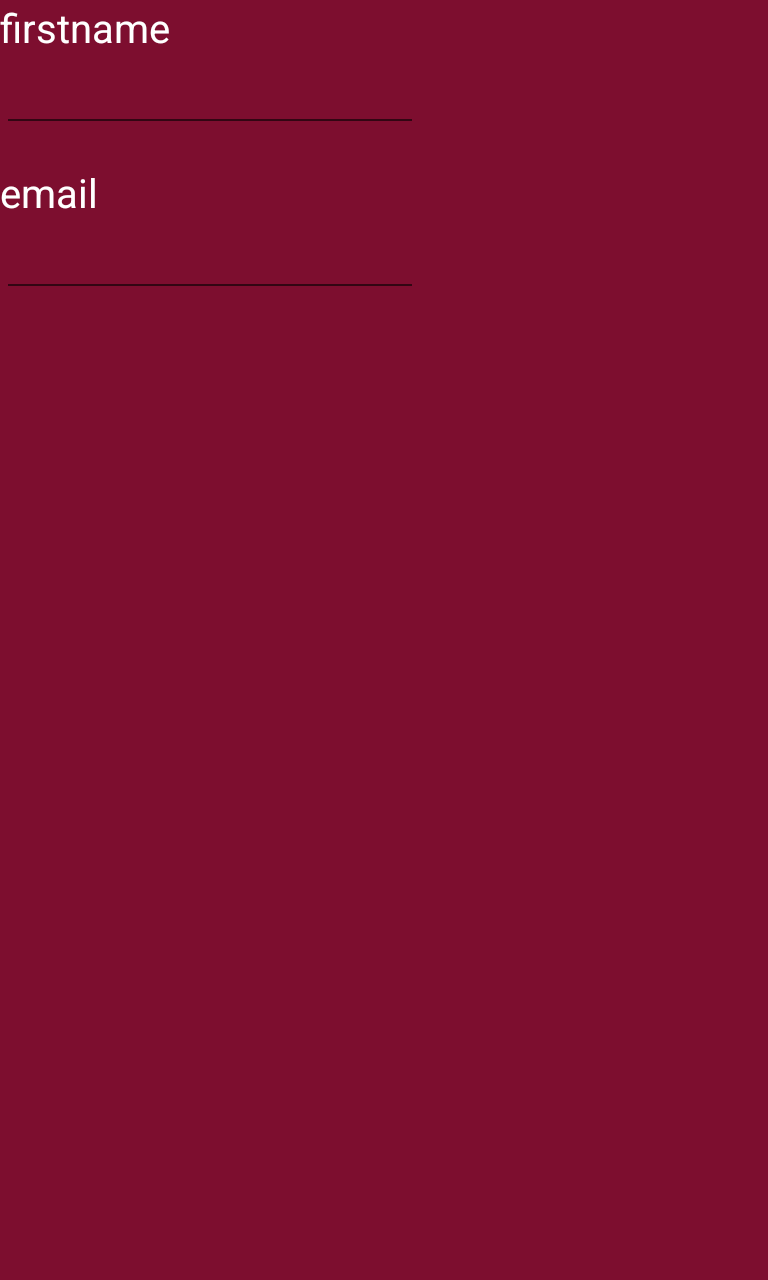
Repository: janemuthoni/icon
Layout: Exam/res/layout/register.xml
These files come from the project's save history. The layout is drawn as it stood at one moment and after the next save; the edit follows.
It is drawn on a 768 x 1280 px phone screen (xhdpi) without system bars, with theme AppTheme; the app's code is not run.

Above is the layout before, as saved 2014-08-07 07:08:59.

### Exam/res/layout/register.xml
<?xml version="1.0" encoding="utf-8"?>
<LinearLayout xmlns:android="http://schemas.android.com/apk/res/android"
    android:layout_width="match_parent"
    android:layout_height="match_parent"
    android:orientation="vertical"
    android:background="@color/violet">
     <TextView
           android:id="@+id/username"
           android:layout_width="wrap_content"
           android:layout_height="wrap_content"
           android:text="@string/firstname"
           android:textSize="20sp"
           android:textColor="@color/white" />

       <EditText
           android:id="@+id/editText2"
           android:layout_width="wrap_content"
           android:layout_height="wrap_content"
           android:ems="10"
           android:inputType="textPersonName" />

       <TextView
           android:id="@+id/email"
           android:text="@string/email"
           android:textColor="@color/white"
           android:layout_width="wrap_content"
           android:layout_height="wrap_content"
           android:layout_marginTop="14dp"
           android:textSize="20sp" />

       <EditText
           android:id="@+id/editText4"
           android:layout_width="wrap_content"
           android:layout_height="wrap_content"
           android:ems="10"
           android:inputType="textEmailAddress" />



</LinearLayout>

### Exam/res/values/color.xml
<?xml version="1.0" encoding="utf-8"?>
<resources>
     <color name="grey">#A49F99</color>
      <color name="blue">#170674</color>
      <color name="green">#C81B1B</color>
      <color name="lightgreen">#7FDC33</color>
      <color name="darkgrey">#666D61</color>
      <color name="white">#FFFFFF</color>
      <color name="black">#1F1D1D</color>
      <color name="pink">#E1FBA2F7</color>
      <color name="lightgrey">#EBE0E3</color>
      <color name="cyan">#5CAD7C</color>
      <color name="greengrass">#08893C</color>
      <color name="yellow">#FDFF4F</color>
      <color name="violet">#7D0E2F</color>


</resources>

### Exam/res/values/strings.xml
<?xml version="1.0" encoding="utf-8"?>
<resources>

    <string name="app_name">Exam</string>
    <string name="hello_world">Hello world!</string>
    <string name="action_settings">Settings</string>
    <string name="firstname">firstname</string>
    <string name="email">email</string>
    <string name="idnumber">idnumber</string>
    <string name="password">password</string>
    <string name="Username">username</string>
    <string name="buttonback">back</string>
    <string name="btndisplay">display</string>
</resources>

Loaded but not shown: Exam/res/values/styles.xml (common file); Exam/res/values-v11/styles.xml (common file); Exam/res/values-v14/styles.xml (common file)

After the next save:
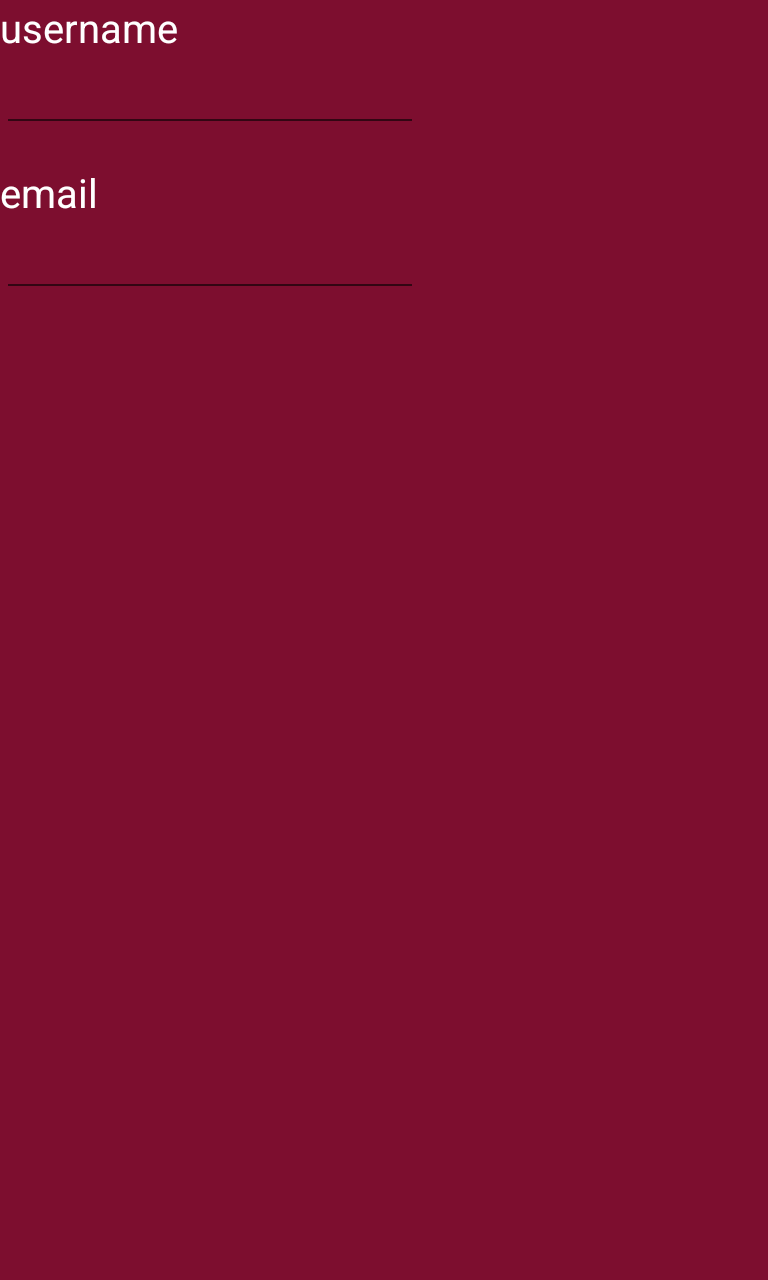
Saved 24 s later.
--- a/Exam/res/layout/register.xml
+++ b/Exam/res/layout/register.xml
@@ -8,7 +8,7 @@
            android:id="@+id/username"
            android:layout_width="wrap_content"
            android:layout_height="wrap_content"
-           android:text="@string/firstname"
+           android:text="@string/Username"
            android:textSize="20sp"
            android:textColor="@color/white" />
 
